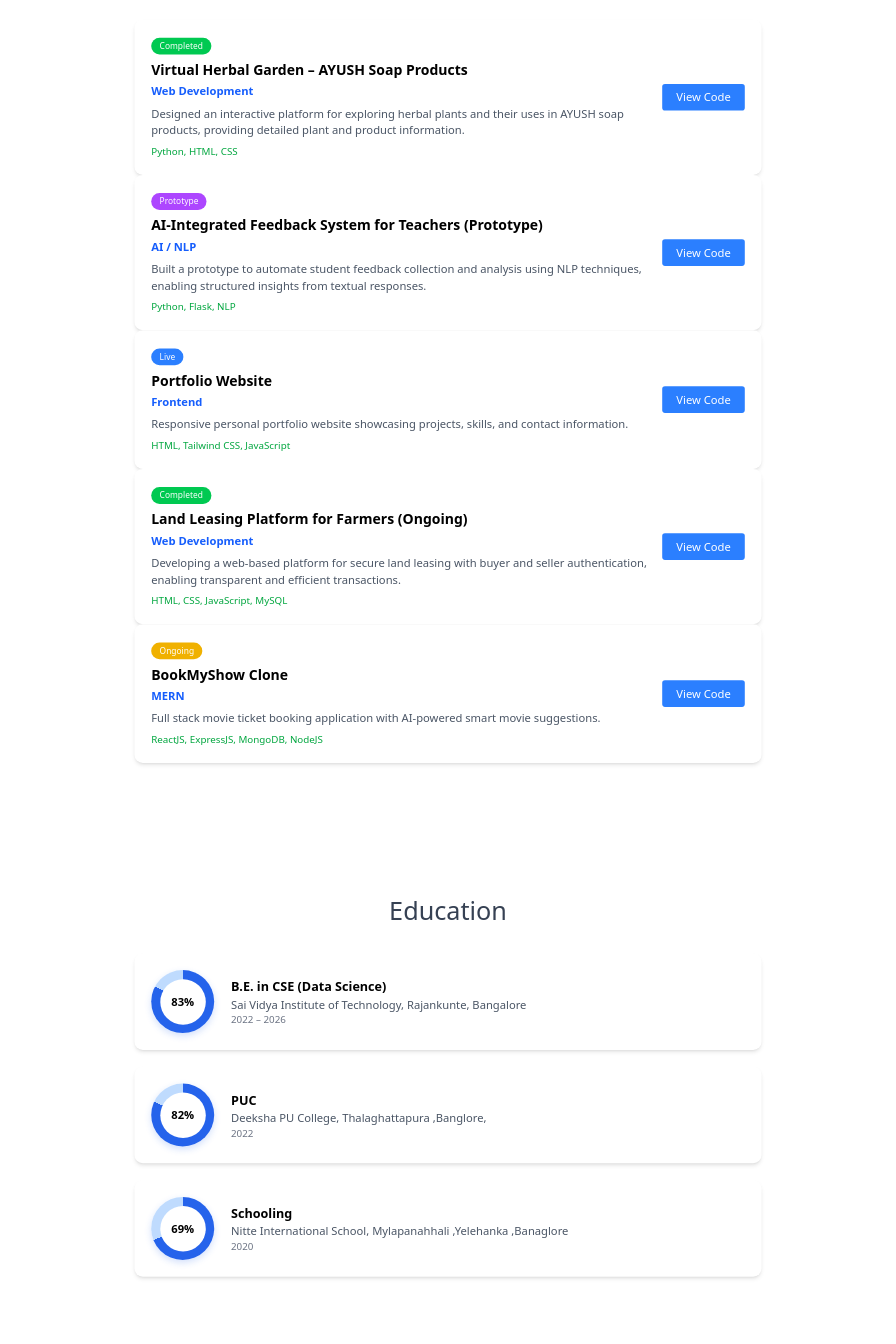
Repository: Rhaashee/myProfile
Page: index.html
These files come from the project's save history. The page is drawn as it stood at one moment and after the next save; the edit follows.
The browser window is 1280 px wide. The pictures show the part of the page from y = 1147 to 3067 px (the page is 3947 px tall before and 4043 px after), at 70% of full size.

Above is the page before, as saved 2026-04-29 16:55:27.
Console error: SyntaxError: Identifier 'projectsData' has already been declared

### index.html
<!-- MERN_Stu_FebMay26Mys\W4\D5\portfolio-project\index.html -->
<!DOCTYPE html>
<html lang="en">

<head>
    <meta charset="UTF-8">
    <meta name="viewport" content="width=device-width, initial-scale=1.0">

    <title>Week 3 & 4 Portfolio Project</title>

    <script src="https://cdn.jsdelivr.net/npm/@tailwindcss/browser@4"></script>

    <link rel="stylesheet" href="css/custom.css">

</head>

<body>
    <!-- HERO SECTION -->

    <section
        class="min-h-screen flex flex-col lg:flex-row lg:items-center lg:justify-between px-8 lg:px-16 py-20 gap-12 lg:gap-20">

        <div class="order-2 lg:order-1 flex-1 lg:max-w-lg text-center lg:text-left">

            <h1 class="text-5xl mb-6 font-bold" style="font-family: 'Poppins', sans-serif;">Rhaashee L</h1>

            <p class="text-xl lg:text-2xl text-slate-600 font-bold mb-10 max-w-md mx-auto lg:mx-0">
                Full-Stack developer | MERN enthusiast | Competitive Programmer
            </p>

            <div
                class="flex flex-col sm:flex-row gap-4 justify-center lg:justify-start items-center lg:items-start mb-8">

                <a href="#projects" class="bg-red-400 hover:bg-green-500 px-10 py-4 rounded shadow-xl">
                    View Projects
                </a>

                <a href="#resume" class="bg-blue-400 hover:bg-green-500 px-10 py-4 rounded shadow-xl">
                    Download Resume
                </a>

            </div>

            <div class="flex flex-wrap gap-6 justify-center lg:justify-start text-sm font-bold">

                <span>100+ Github commits</span>
                <span>50 LeetCode Questions Solved</span>
                <span>1 live projects completed</span>

            </div>

        </div>

        <div class="order-1 lg:order-2 w-full lg:w-96 max-w-sm mx-auto lg:mx-0">

            <img src="assets/images/img.jpg" alt="My photo"
                class="aspect-square w-full rounded shadow-lg mx-auto lg:mx-0 hover:ring-blue-500 transition-all duration-300 hover:scale-[1.02]"
                loading="lazy">

        </div>

    </section>

    <!-- NAVBAR -->

    <nav class="sticky top-0 z-50 bg-white/95 backdrop-blur-md border-b shadow-lg">

        <div class="max-w-7xl mx-auto px-6 py-4 flex items-center justify-between">

            <a href="#"
                class="text-2xl font-bold bg-clip-text bg-gradient-to-r from-red-400 to-slate-700 text-transparent">
                RL
            </a>

            <ul class="hidden md:flex items-center gap-10">

                <li><a href="#projects" class="text-lg font-bold hover:text-blue-600">Projects</a></li>

                <li><a href="#education" class="text-lg font-bold hover:text-blue-600">Education</a></li>

                <li><a href="#skills" class="text-lg font-bold hover:text-blue-600">Skills</a></li>

            </ul>
            <button id="theme-toggle" class="bg-blue-200 px-4 py-2 rounded font-bold">Theme</button>
            <a href="#contact" class="bg-red-400 hover:bg-green-500 rounded transition-all duration-300 px-8 py-3">
                Let's talk
            </a>

        </div>

    </nav>

    <!-- PROJECTS -->

    <section id="projects" class="py-24 px-8 lg:px-16">

        <div class="max-w-7xl mx-auto">

            <div class="text-center mb-10">

                <h2 class="text-4xl lg:text-5xl mb-6">My Projects</h2>

                <p class="text-xl max-w-2xl mx-auto">
                    Enterprise scale full-stack applications built with modern frameworks
                </p>

            </div>

            <!-- Project Search (Feature will attach here) -->

            <div class="mb-10 text-center">

                <input id="project-search" type="text" placeholder="Search projects..."
                    class="border rounded px-6 py-3 w-full max-w-md">

            </div>

            <!-- Project Filter Bar -->

            <div id="project-filters" class="flex flex-wrap justify-center gap-4 mb-12"></div>

            <div id="projects-container" class="max-w-4xl mx-auto"></div>

            <!-- Dynamic container for projects -->

            <div id="projects-container" class="grid grid-cols-1 md:grid-cols-2 lg:grid-cols-3 gap-8">
            </div>

        </div>

    </section>

    <!--Education and experience-->
    <section id="experience" class="py-24 px-8 lg:px-16">

        <div class="max-w-4xl mx-auto">

            <h2 class="text-4xl text-gray-700 text-center mb-10">
                Education
            </h2>

            <!-- Dynamic Education -->
            <div id="education-container"></div>

        </div>

    </section>

    </section>

    <!-- SKILLS -->

    <section id="skills" class="py-24 px-8 lg:px-16 bg-blue-100">

        <div class="max-w-7xl mx-auto">

            <h2 class="text-4xl text-center font-bold mb-20">
                Skills
            </h2>

            <!-- Dynamic Skills Container -->

            <div id="skills-container" class="grid grid-cols-1 md:grid-cols-2 lg:grid-cols-4 gap-8">
            </div>

        </div>

    </section>

    <!-- CONTACT MODAL -->

    <button id="modal-trigger"
        class="fixed bottom-8 right-8 w-16 h-16 bg-blue-900 text-white rounded-full shadow-2xl flex items-center justify-center text-2xl font-bold">
        ☏
    </button>

    <div id="contact-modal" class="fixed inset-0 z-50 hidden bg-black/50 backdrop-blur-md">

        <div class="flex items-center justify-center min-h-screen p-4">

            <div id="modal-content"
                class="bg-white w-full max-w-md rounded-2xl shadow-2xl scale-95 opacity-0 transition-all duration-300">

                <div class="sticky top-0 border-b p-8 pt-12 bg-white">

                    <h3 class="text-2xl font-bold">Contact Me</h3>

                    <button id="modal-close" class="absolute top-6 right-6 text-2xl font-bold">
                        ×
                    </button>

                </div>

                <form id="contact-form" class="p-8 space-y-4">

                    <input id="contact-name" type="text" placeholder="Your name"
                        class="w-full border rounded px-4 py-3">

                    <input id="contact-email" type="email" placeholder="email@website.com"
                        class="w-full border rounded px-4 py-3">

                    <p id="form-message" class="text-sm text-red-500"></p>

                    <div class="flex flex-col sm:flex-row gap-4 pt-4">

                        <button type="button" id="form-cancel" class="flex-1 font-bold py-4 px-6">
                            Cancel
                        </button>

                        <button type="submit" class="flex-1 font-bold py-4 px-6">
                            Submit
                        </button>

                    </div>

                </form>

            </div>

        </div>

    </div>

    <!-- SWIPE TO HOME BUTTON -->

    <button id="home-swiper"
        class="fixed bottom-8 left-8 bg-pink-200 text-white px-5 py-3 rounded-full shadow-xl hover:bg-blue-600 transition">
        Back to Home
    </button>
    <!-- MAIN JS ENTRY-->

    <script src="js/data/projects.js"></script>
    <script src="js/data/skills.js"></script>
    <script src="js/features/skills-render.js"></script>
    <script src="js/features/modal.js"></script>
    <script src="js/features/contact-validation.js"></script>
    <script src="js/features/theme-toggle.js"></script>
    <script src="js/data/projects.js"></script>
    <script src="js/features/project-filter.js"></script>
    <script src="js/features/project-search.js"></script>
    <script src="js/main.js"></script>
    <script src="js/features/BackToTop.js"></script>
    <script src="js/data/education.js"></script>
    <script src="js/features/education-render.js"></script>



</body>

</html>

### css/custom.css
.dark-mode{
    background-color: black;
    color: white;
}
.dark-mode nav{
    background-color: rgb(178, 173, 173);
    color: white;
}
.dark-mode section{
    background-color: rgb(0, 0, 0);
    color: white;
}
.dark-mode .bg-blue-100{
    background-color: rgb(235, 236, 240);
    color: rgb(153, 145, 145);
}
.dark-mode .bg-white{
    background-color: rgb(0, 0, 0);
}
.dark-mode .text-gray-700{
    color: white;
}
.line-clamp-2 {
  display: -webkit-box;
  -webkit-line-clamp: 2;
  -webkit-box-orient: vertical;
  overflow: hidden;
}
.progress-circle {
  width: 90px;
  height: 90px;
  border-radius: 50%;
  display: flex;
  align-items: center;
  justify-content: center;
  box-shadow: 0 4px 10px rgba(37, 99, 235, 0.2);
}

.inner-circle {
  width: 65px;
  height: 65px;
  background: white;
  border-radius: 50%;
  display: flex;
  align-items: center;
  justify-content: center;
  font-weight: bold;
}

.dark .inner-circle {
  background: #eff6ff;
}

### js/data/projects.js
const projectsData = [
  {
    id: 1,
    name: "Virtual Herbal Garden – AYUSH Soap Products",
    category: "Web Development",
    description:
      "Designed an interactive platform for exploring herbal plants and their uses in AYUSH soap products, providing detailed plant and product information.",
    technologies: ["Python", "HTML", "CSS"],
    status: "Completed",
    liveDemo: "#",
    github: "#"
  },
  {
    id: 2,
    name: "AI-Integrated Feedback System for Teachers (Prototype)",
    category: "AI / NLP",
    description:
      "Built a prototype to automate student feedback collection and analysis using NLP techniques, enabling structured insights from textual responses.",
    technologies: ["Python", "Flask", "NLP"],
    status: "Prototype",
    liveDemo: "#",
    github: "#"
  },
  {
    id: 3,
    name: "Portfolio Website",
    category: "Frontend",
    description:
      "Responsive personal portfolio website showcasing projects, skills, and contact information.",
    technologies: ["HTML", "Tailwind CSS", "JavaScript"],
    status: "Live",
    liveDemo: "#",
    github: "#"
  },{

    id: 5,
    name: "Land Leasing Platform for Farmers (Ongoing)",
    category: "Web Development",
    description:
      "Developing a web-based platform for secure land leasing with buyer and seller authentication, enabling transparent and efficient transactions.",
    technologies: ["HTML", "CSS", "JavaScript", "MySQL"],
    status: "Completed",
    liveDemo: "#",
    github: "#"
  },
  {
    id: 6,
    name: "BookMyShow Clone",
    category: "MERN",
    description:
      "Full stack movie ticket booking application with AI-powered smart movie suggestions.",
    technologies: ["ReactJS", "ExpressJS", "MongoDB", "NodeJS"],
    status: "Ongoing",
    liveDemo: "#",
    github: "#"
  }

];

### js/data/skills.js

const skillsData = [
  {
    id: 1,
    name: "MongoDB",
    shortLabel: "MDB",
    description: "NoSQL database for handling unstructured data and scalable applications."
  },
  {
    id: 2,
    name: "ExpressJS",
    shortLabel: "Exp",
    description: "Backend framework for building REST APIs and server-side applications."
  },
  {
    id: 3,
    name: "ReactJS",
    shortLabel: "R",
    description: "Component-based UI development with hooks and state management."
  },
  {
    id: 4,
    name: "NodeJS",
    shortLabel: "Node",
    description: "JavaScript runtime for building scalable backend services."
  },
  {
    id: 5,
    name: "Power BI",
    shortLabel: "BI",
    description: "Interactive dashboards and data visualization for business insights."
  },
  {
    id: 6,
    name: "Tableau",
    shortLabel: "Tb",
    description: "Data visualization and storytelling through charts and dashboards."
  },

];

### js/features/skills-render.js
function renderSkills(){
    const skillsContainer = document.getElementById("skills-container");

    if(!skillsContainer){
        console.log("Skills Contianer not found");
        return;
    }
    skillsContainer.innerHTML = "";
    skillsData.forEach(function(skill){
        // to create outer card
        const card = document.createElement("div");
        card.className = "p-8 text-center bg-white rounded-3xl shadow-lg";

        // create icon
        const iconBox = document.createElement("div");
        iconBox.className = "w-20 h-20 mx-auto mb-4 bg-green-900 rounded-2xl flex item-center justify-center";

        // create icon
        const iconText = document.createElement("span");
        iconText.className = "text-2xl text-white font-bold"
        iconText.textContent = skill.shortLabel;

        // Put iconText inside iconBox
        iconBox.appendChild(iconText);

        // create a skill name
        const skillsName = document.createElement("h3");
        skillsName.className = "text-xl font-bold mb-2";
        skillsName.textContent = skill.name;

        // create skill description
        const skillDescription = document.createElement("p");
        skillDescription.className = "text-sm";
        skillDescription.textContent = skill.description;

        // append all child elements to card
        card.appendChild(iconBox);
        card.appendChild(skillsName);
        card.appendChild(skillDescription);

        // append card to skills container
        skillsContainer.appendChild(card);
    });
    console.log("Skills rendered successfully");
}

### js/features/modal.js
function initModal(){
    const modal = document.getElementById("contact-modal");
    const modalContent = document.getElementById("modal-content");
    const modalTrigger = document.getElementById("modal-trigger");
    const modalClose = document.getElementById("modal-close");
    const formCancel = document.getElementById("form-cancel");

    if(!modal || !modalContent || !modalTrigger || !modalClose || !formCancel){
        console.log("Modal element not found");
        return;
    }
    function openModal(){
        modal.classList.remove("hidden");

        setTimeout(function(){
            modalContent.classList.remove("scale-95","opacity-0");
        },10);
    }
    function closeModal(){
        modalContent.classList.add("scale-95","opacity-0");
        setTimeout(function(){
            modal.classList.add("hidden");
        },200);
    }
    modalTrigger.addEventListener("click",openModal);
    modalClose.addEventListener("click",closeModal);
    formCancel.addEventListener("click",closeModal);

    //close when clicking on backdrop
    modal.addEventListener("click",function(event){
        if(event.target === modal){
            closeModal();
        }
    });
    console.log("Modal opened successfully");
}

### js/features/contact-validation.js
function initContactValidation(){
    const contactModal = document.getElementById("contact-modal");
    const contactForm = document.getElementById("contact-form");
    const contactName = document.getElementById("contact-name");
    const contactEmail = document.getElementById("contact-email");
    const formMessage = document.getElementById("form-message");

    if(!contactModal || !contactForm || !contactName || !contactEmail || !formMessage){
        console.log("Contact form elements not found");
        return;
    }

    contactForm.addEventListener("submit",function(event){
        event.preventDefault();

        const name = contactName.value.trim();
        const email = contactEmail.value.trim();

        formMessage.textContent = "";
        formMessage.className = "text-sm";

        // Name validation
        if(name === ""){
            formMessage.textContent = "Name is required";
            formMessage.classList.add("text-red-500");
            contactName.focus();
            return;
        }
        if(name.length < 5){
            formMessage.textContent = "Name must be atleast 5 chars"
            formMessage.classList.add("text-red-500");
            contactName.focus();
            return;
        }
        // Email Validation
        if(email === ""){
            formMessage.textContent = "Email is required";
            formMessage.classList.add("text-red-500");
            contactEmail.focus();
            return;
        }
        const emailPattern = /^[^\s@]+@[^\s@]+\.[^\s@]+$/;

        if(!emailPattern.test(email)){
            formMessage.textContent = "Enter valid email";
            formMessage.classList.add("text-red-500");
            contactEmail.focus();
            return;
        }

        formMessage.textContent = "Meassage Submitted Sucessfully";
        formMessage.classList.add("text-green-600");
        console.log("Valid credentials : ",{name:name,email:email});
        contactForm.reset();
    });
    contactName.addEventListener("input",function(){
        formMessage.textContent = "";
    });
    contactEmail.addEventListener("input",function(){
        formMessage.textContent = "";
    });
}

### js/features/theme-toggle.js
function initThemeToggle(){
    const toggleBtn = document.getElementById("theme-toggle");
    const body = document.body;

    const savedTheme = localStorage.getItem("portfolio-theme");

    if(savedTheme === "dark"){
        body.classList.add("dark-mode");
    }
    toggleBtn.addEventListener("click",function(){
        body.classList.toggle("dark-mode");
        if(body.classList.contains("dark-mode")){
            localStorage.setItem("portfolio-theme","dark");
            console.log("Dark mode enanbled");
        }else{
            localStorage.setItem("portfolio-theme","light");
            console.log("Light mode enanbled");
        }
    });
}

### js/features/project-search.js
document.addEventListener("DOMContentLoaded", () => {

    const dropdown = document.getElementById("project-filter-dropdown");
    const container = document.getElementById("projects-container");

    // Initially hide projects
    container.innerHTML = "";

    dropdown.addEventListener("change", () => {

        const selected = dropdown.value;

        // if nothing selected → hide again
        if (!selected) {
            container.innerHTML = "";
            return;
        }

        // filter projects
        const filtered = projectsData.filter(
            (p) => p.category === selected
        );

        renderProjects(filtered);
    });

});

### js/main.js
document.addEventListener("DOMContentLoaded", function () {
    // Render Skills
    renderSkills();
    initModal();
    initContactValidation();
    initThemeToggle();
})
document.addEventListener("DOMContentLoaded", () => {
    renderEducation();
});
document.addEventListener("DOMContentLoaded", () => {
    renderProjects(projectsData);
});

### js/features/BackToTop.js
const swiperButton = document.getElementById("home-swiper");

// safety check (important)
if (swiperButton) {

    // hide initially
    swiperButton.style.display = "none";

    // scroll to top
    swiperButton.addEventListener("click", function () {
        window.scrollTo({
            top: 0,
            behavior: "smooth"
        });
    });

    // show on scroll
    window.addEventListener("scroll", function () {
        if (window.scrollY > 300) {
            swiperButton.style.display = "block";
        } else {
            swiperButton.style.display = "none";
        }
    });

}

### js/data/education.js
const educationData = [
    {
        id: 1,
        title: "B.E. in CSE (Data Science)",
        institution: "Sai Vidya Institute of Technology, Rajankunte, Bangalore",
        percentage: 83,
        duration: "2022 – 2026"
    },
    {
        id: 2,
        title: "PUC",
        institution: "Deeksha PU College, Thalaghattapura ,Banglore,",
        percentage: 82,
        duration: "2022"
    },
    {
        id: 3,
        title: "Schooling",
        institution: "Nitte International School, Mylapanahhali ,Yelehanka ,Banaglore",
        percentage: 69,
        duration: "2020"
    }
];

### js/features/education-render.js
function renderEducation() {
    const container = document.getElementById("education-container");

    if (!container) return;

    container.innerHTML = "";

    educationData.forEach((edu) => {

        // CARD
        const card = document.createElement("div");
        card.className =
            "flex items-center gap-6 bg-white dark:bg-blue-50 p-6 mb-6 rounded-xl shadow-md hover:shadow-lg transition";

        //  DONUT CIRCLE
        const circle = document.createElement("div");
        circle.className = "progress-circle";

        const value = edu.percentage;

        // BLUE DONUT
        circle.style.background =
            `conic-gradient(#2563eb ${value}%, #bfdbfe ${value}%)`;

        const inner = document.createElement("div");
        inner.className = "inner-circle";
        inner.textContent = value + "%";

        circle.appendChild(inner);

        // TEXT displaying name of school and college
        const textBox = document.createElement("div");

        const title = document.createElement("h3");
        title.className = "text-lg font-bold";
        title.textContent = edu.title;

        const inst = document.createElement("p");
        inst.className = "text-gray-600";
        inst.textContent = edu.institution;

        const duration = document.createElement("p");
        duration.className = "text-sm text-gray-500";
        duration.textContent = edu.duration;

        textBox.append(title, inst, duration);

        // FINAL
        card.append(circle, textBox);
        container.appendChild(card);
    });
}

Loaded but not shown: js/features/project-filter.js (71 lines, source omitted)

After the next save:
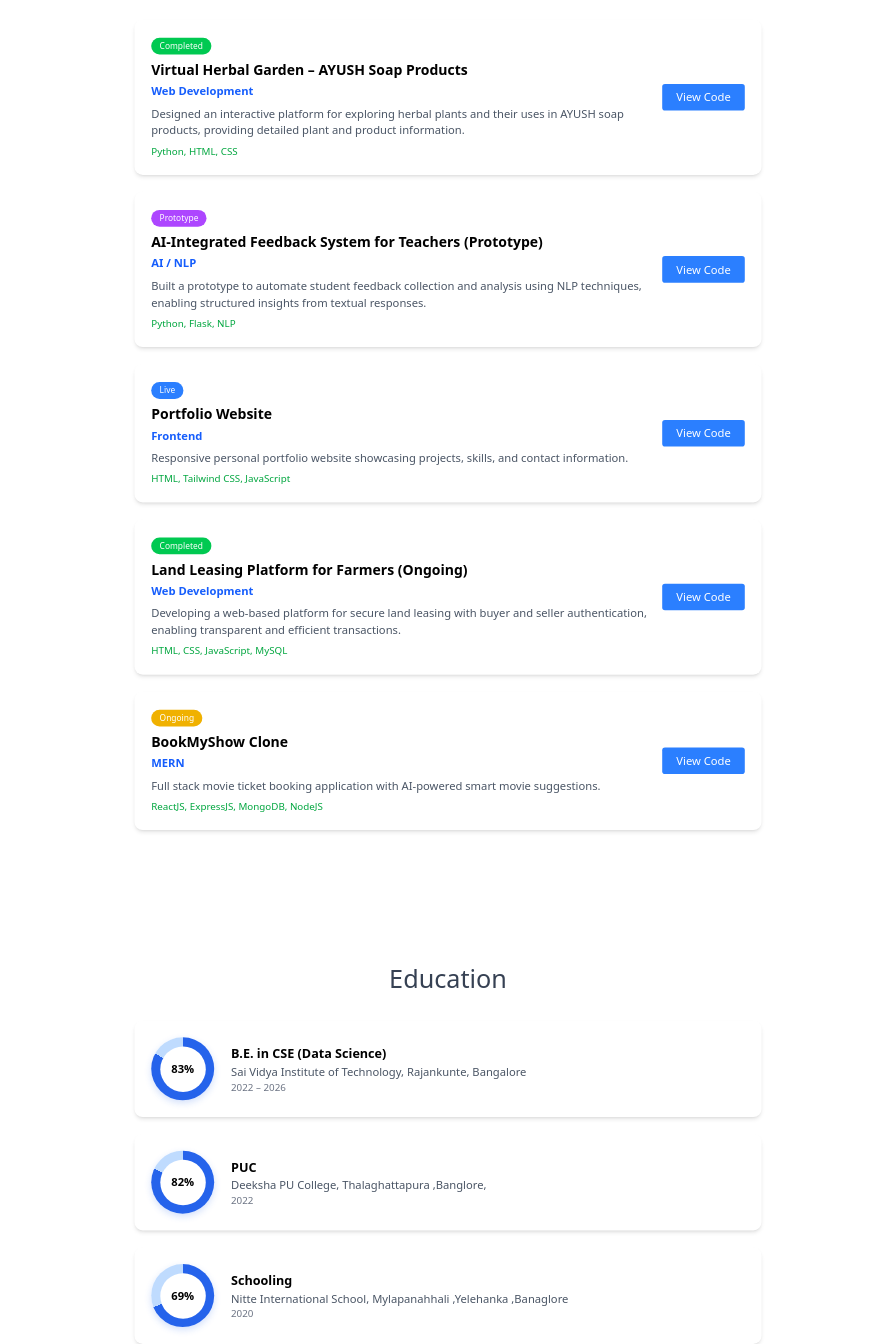
Saved 3 min 23 s later.
--- a/index.html
+++ b/index.html
@@ -119,7 +119,7 @@
 
             <div id="project-filters" class="flex flex-wrap justify-center gap-4 mb-12"></div>
 
-            <div id="projects-container" class="max-w-4xl mx-auto"></div>
+            <div id="projects-container" class="max-w-4xl mx-auto space-y-6"></div>
 
             <!-- Dynamic container for projects -->
 
